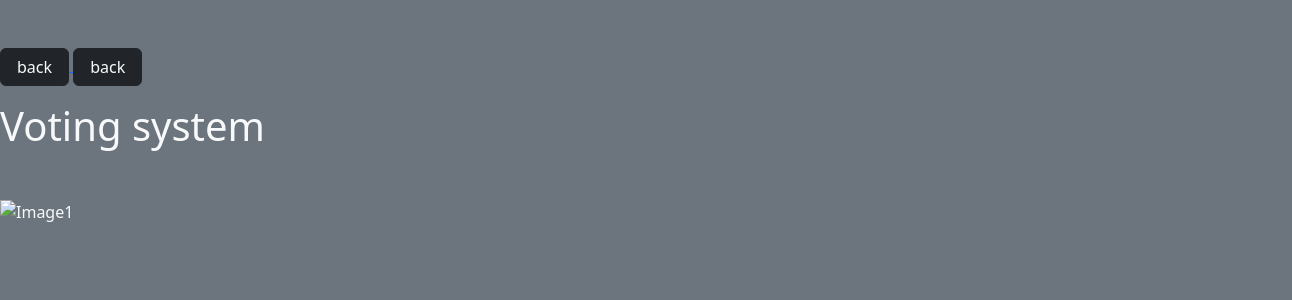
Repository: AvinashLikesToLearnNewStuff/VotingSite
Page: http://localhost/partials/dashboard.php
An editor plug-in stored every save of this project. The page is shown before and after the next save, followed by the edit.
The browser window is 1280 px wide. The page is 1292 px wide, so the pictures cover 1292 px, including what lies to the right of the window. The pictures show the whole page.
The page is run by PHP 8.4 with error messages shown; the project is at /var/www/html/. The session is filled in as if someone had signed in: {"groups": 1, "id": 1, "status": 1, "data": {"id": 1, "_id": "000000000000000000000001", "name": "Test User", "username": "testuser", "email": "test@example.com", "role": "admin"}}.

Above is the page before, as saved 2023-03-10 19:42:48.

After the next save:
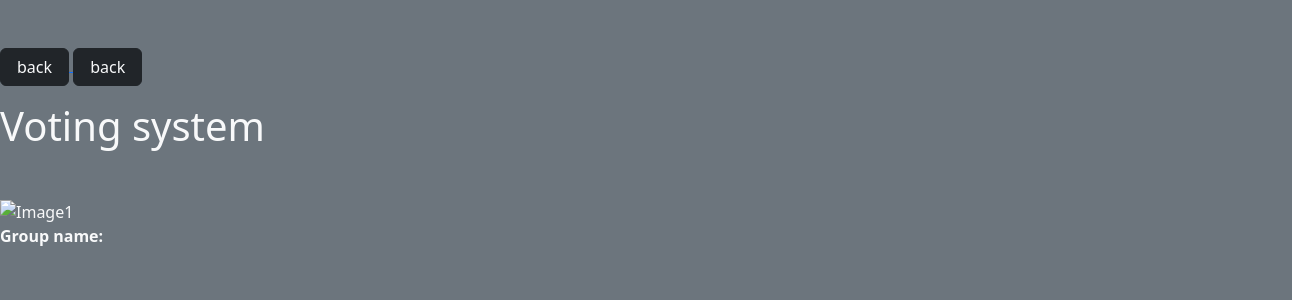
Saved 32 s later.
--- a/partials/dashboard.php
+++ b/partials/dashboard.php
@@ -29,7 +29,7 @@
 <img src="" alt="Image1">
             </div>
             <div class="col-mod-8">
-
+<strong >Group name:</strong>
             </div>
         </div>
     </div>
